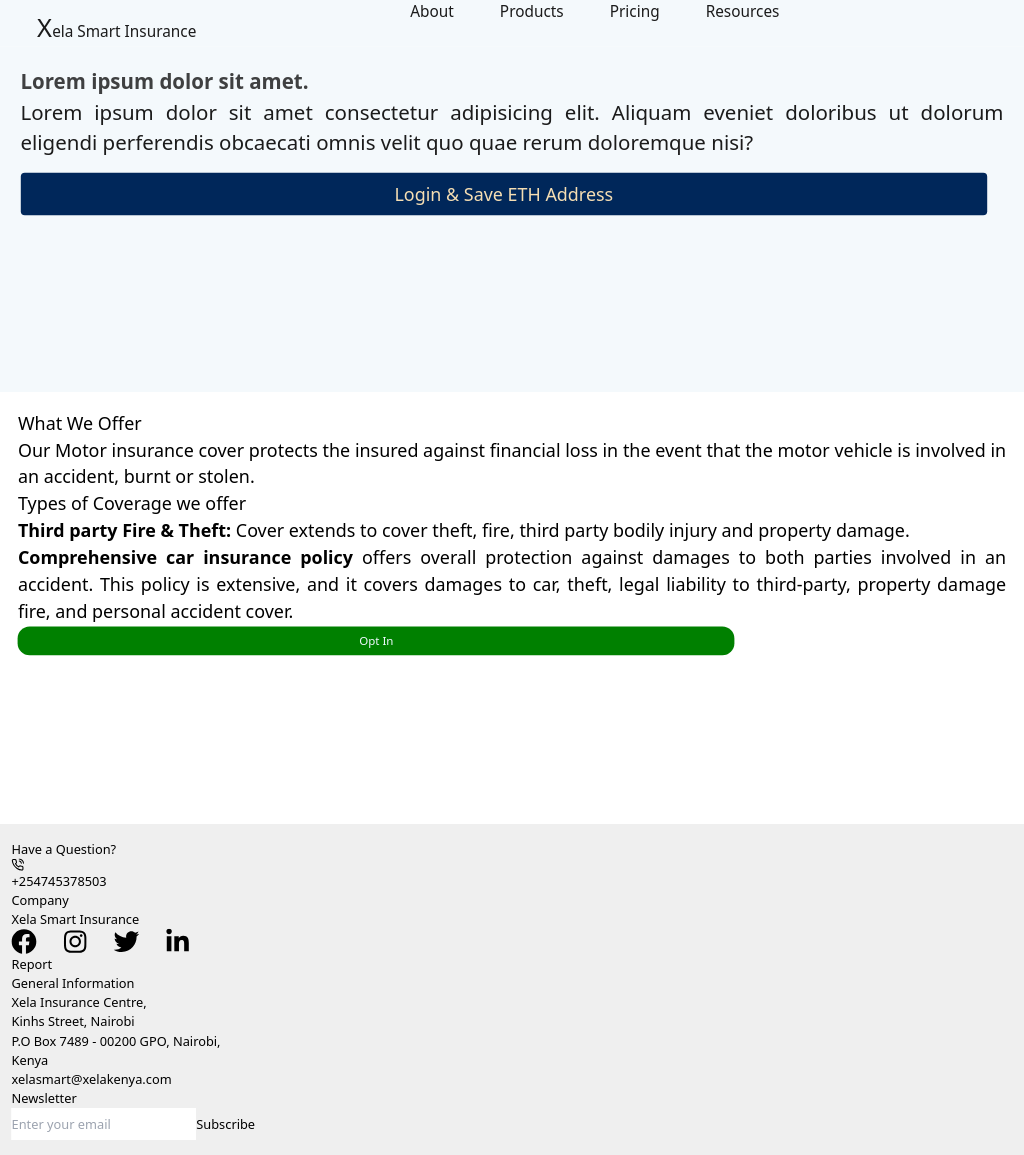
Repository: ALVIN-OBONYO/Xela-smart_insuarance
Page: / (app in frontend/)
An editor plug-in stored every save of this project. The page is shown before and after the next save, followed by the edit.
The browser window is 1280 px wide. The pictures show the whole page, at 80% of full size.
The project was rebuilt for these pictures with package versions that can differ from the ones it lists, and the page was loaded fresh each time. Also part of the build but not shown: frontend/src/Components/Table.js, frontend/src/Pages/Policies.jsx, frontend/src/Components/Calendar.css, frontend/src/Components/Calendar.jsx, frontend/src/Components/Input.js, frontend/src/Components/Upload.css, frontend/src/Components/Upload.js, frontend/src/Pages/ReportForm.jsx and 3 more.

Above is the page before, as saved 2022-10-02 16:56:45.

After the next save:
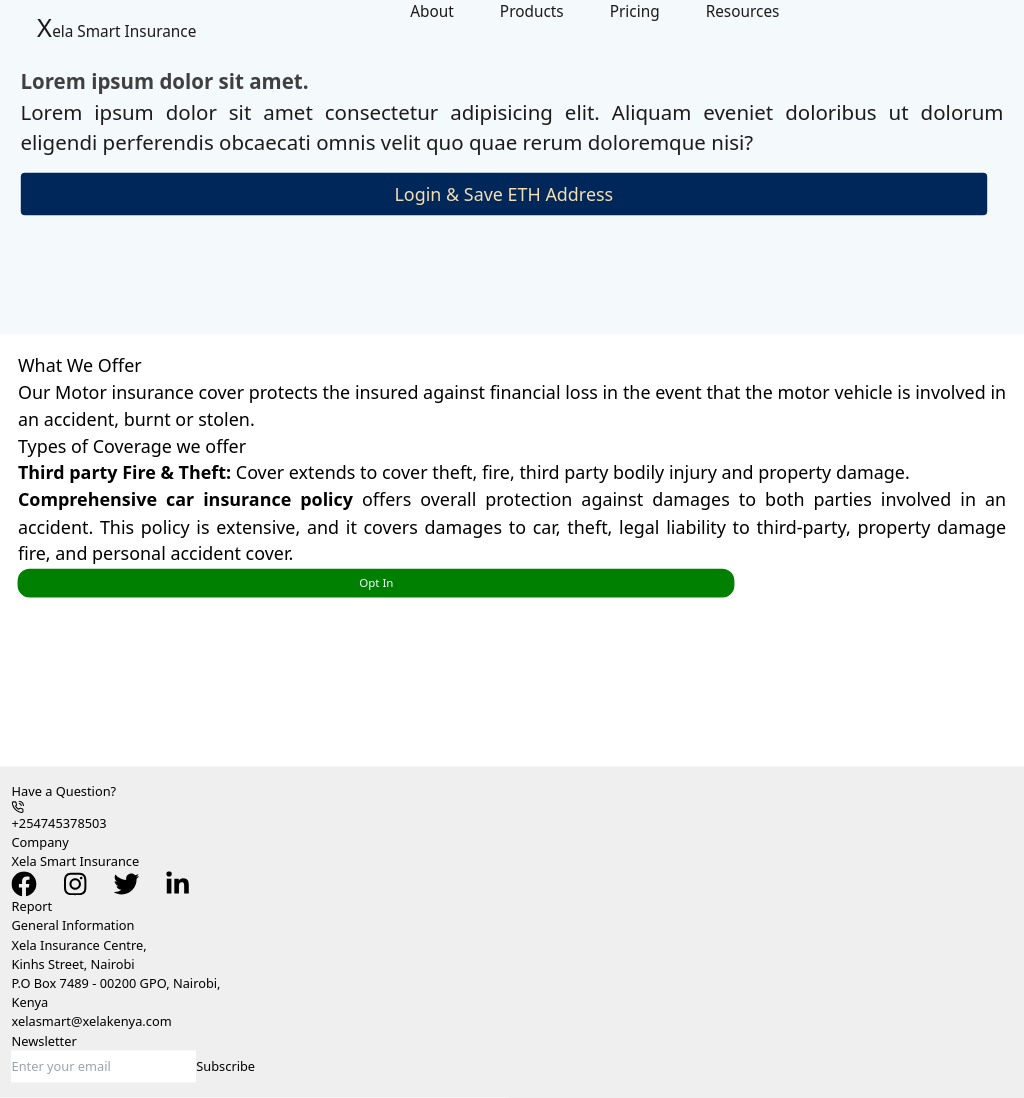
Saved 28 s later.
--- a/frontend/src/Components/Navbar.css
+++ b/frontend/src/Components/Navbar.css
@@ -31,7 +31,7 @@ nav {
     padding: 1em;
     text-align: justify;
     font-size: 1.6rem;
-    height: 60vh;
+    height: 50vh;
 
 }
 
